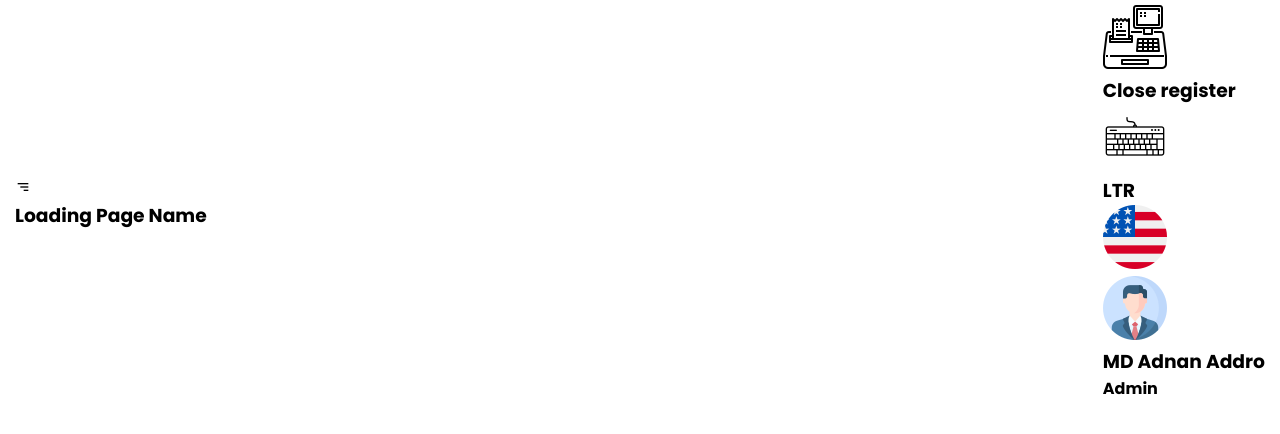
Repository: codebyaddro/pos-navbar
Page: index.html
The author's editor kept a copy of each file at every save. The page is drawn from the files as they stood at one save, then again after a run of saves.
The browser window is 1280 px wide. The pictures show the whole page.

Above is the page before, as saved 2025-02-13 14:39:03.

After the next 4 saves:
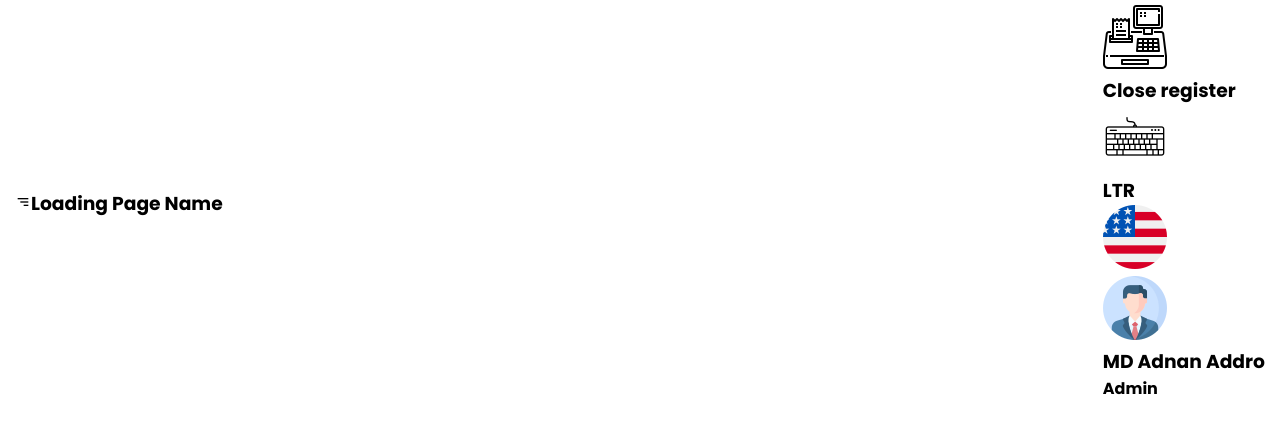
The 4 saves are shown as one change because they came seconds apart.
The last was saved 20 s later.
--- a/css/style.css
+++ b/css/style.css
@@ -45,3 +45,8 @@
 }
 
 /* -- nav side menu toggle icon and loading pagename style -- */
+
+.cba-nav-side-menu-toggle-icon-loading-pagename {
+    display: flex;
+    align-items: center;
+}
